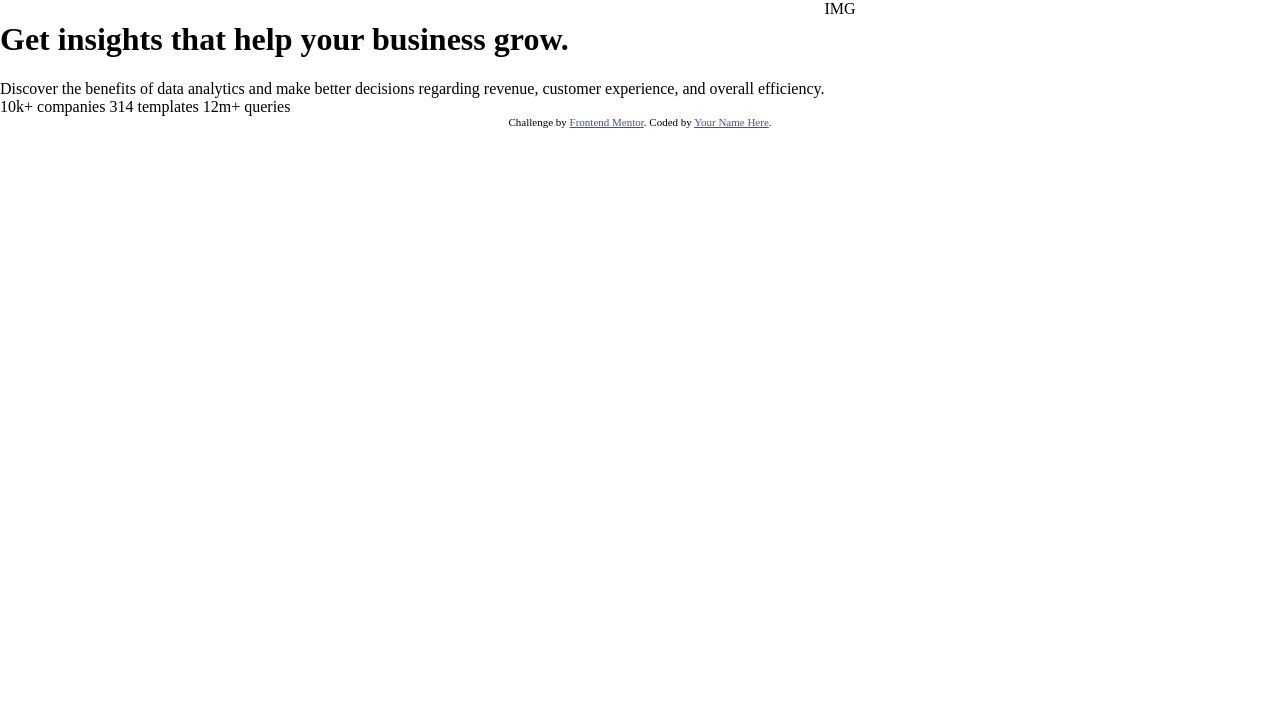
Repository: wasanmsn/Card_Challange
Page: index.html
The author's editor kept a copy of each file at every save. The page is drawn from the files as they stood at one save, then again after the next save.
The browser window is 1280 px wide. The pictures show the whole page.

Above is the page before, as saved 2021-07-21 15:44:51.

### index.html
<!DOCTYPE html>
<html lang="en">

<head>
  <meta charset="UTF-8">
  <meta name="viewport" content="width=device-width, initial-scale=1.0">
  <!-- displays site properly based on user's device -->

  <link rel="icon" type="image/png" sizes="32x32" href="./images/favicon-32x32.png">
  <link rel="stylesheet" href="./stylesheet.css">

  <title>Frontend Mentor | Stats preview card component</title>

  <!-- Feel free to remove these styles or customise in your own stylesheet 👍 -->
  <style>
    .attribution {
      font-size: 11px;
      text-align: center;
    }

    .attribution a {
      color: hsl(228, 45%, 44%);
    }
  </style>
</head>

<body>
  <div class="container">
    <div class="column1">
      <h1>
        Get insights that help your business grow.
      </h1>
      <div>
        Discover the benefits of data analytics and make better decisions regarding revenue, customer
        experience, and overall efficiency.
      </div>
      <div>
        10k+ companies
        314 templates
        12m+ queries
      </div>
    </div>
      <div class="column2">
    IMG
    </div>
  </div>

  <div class="attribution">
    Challenge by <a href="https://www.frontendmentor.io?ref=challenge" target="_blank">Frontend Mentor</a>.
    Coded by <a href="#">Your Name Here</a>.
  </div>
</body>

</html>

### stylesheet.css
body{
    margin: 0;
    padding: 0;
}
.container{
    display: flex;
    margin: 0 auto;
}

After the next save:
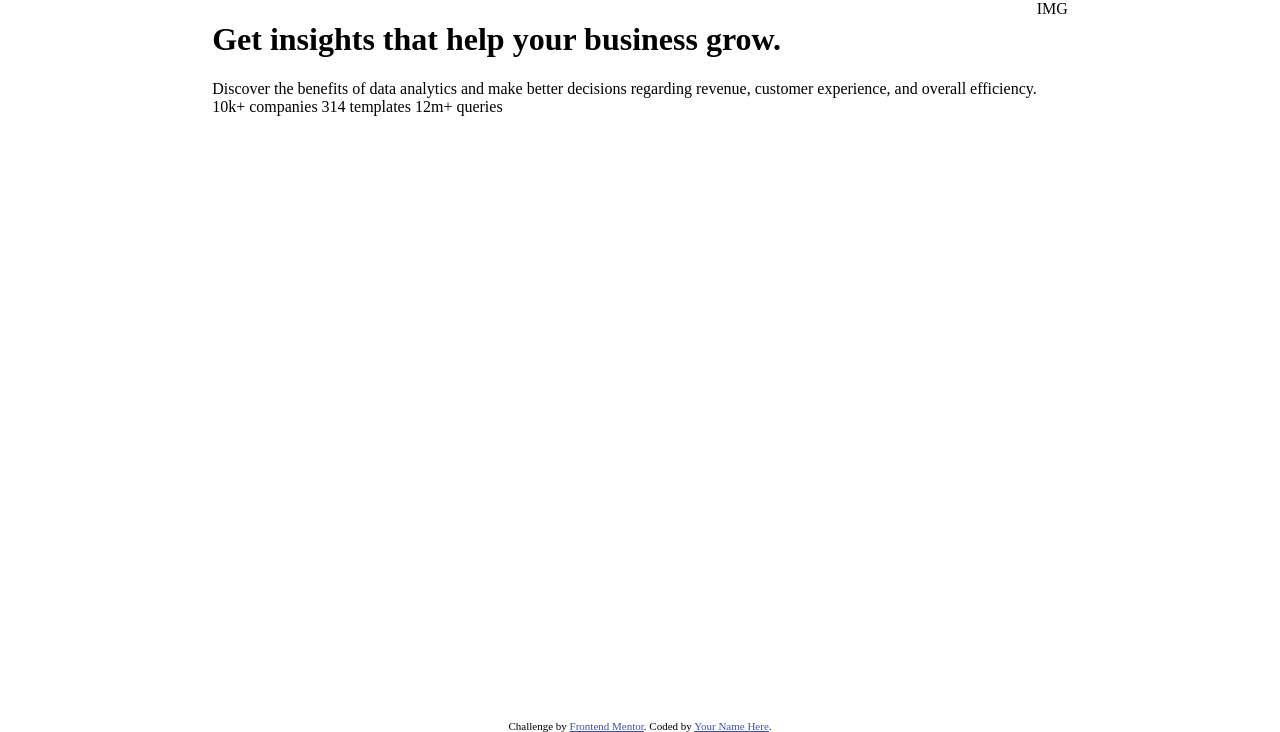
Saved 3 min 32 s later.
--- a/stylesheet.css
+++ b/stylesheet.css
@@ -3,6 +3,8 @@
     padding: 0;
 }
 .container{
+    width: 100%;
     display: flex;
-    margin: 0 auto;
+    height: 100vh;
+    justify-content: center;
 }
